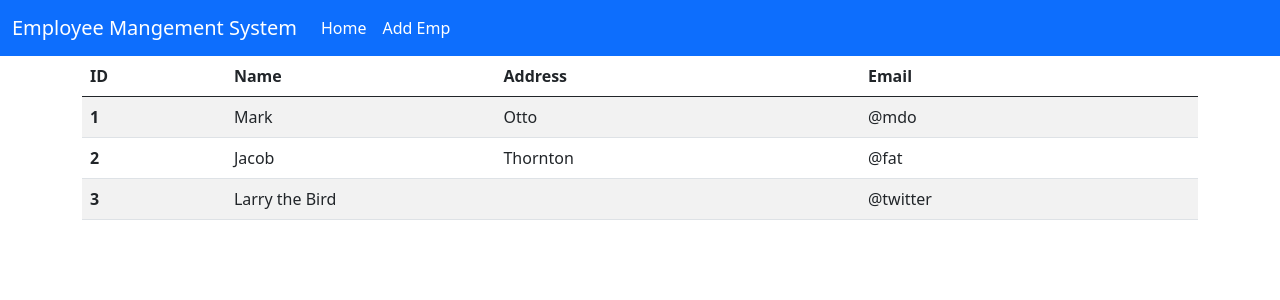
Repository: mahto-sonu/EmployeeManagementSystem
Page: http://localhost/index
The author's editor kept a copy of each file at every save. The page is drawn from the files as they stood at one save, then again after the next save.
The browser window is 1280 px wide. The pictures show the whole page.
The page is this project's Thymeleaf template; nobody is signed in. The template is opened directly, without the code that normally fills it, so the values that code supplies are empty.

Above is the page before, as saved 2023-12-05 08:01:27.

### Employee-Management-System/src/main/resources/templates/index.html
<!doctype html>
<html lang="en">

<head>
	<!-- Required meta tags -->
	<meta charset="utf-8">
	<meta name="viewport" content="width=device-width, initial-scale=1">

	<!-- Bootstrap CSS -->
	<link href="https://cdn.jsdelivr.net/npm/bootstrap@5.0.2/dist/css/bootstrap.min.css" rel="stylesheet"
		integrity="sha384-EVSTQN3/azprG1Anm3QDgpJLIm9Nao0Yz1ztcQTwFspd3yD65VohhpuuCOmLASjC" crossorigin="anonymous">

	<title>Home Page</title>
</head>

<body>

	<nav class="navbar navbar-expand-lg navbar-dark bg-primary">
  <div class="container-fluid">
    <a class="navbar-brand" href="#">Employee Mangement System</a>
    <button class="navbar-toggler" type="button" data-bs-toggle="collapse" data-bs-target="#navbarSupportedContent" aria-controls="navbarSupportedContent" aria-expanded="false" aria-label="Toggle navigation">
      <span class="navbar-toggler-icon"></span>
    </button>
    <div class="collapse navbar-collapse" id="navbarSupportedContent">
      <ul class="navbar-nav me-auto mb-2 mb-lg-0">
        <li class="nav-item">
          <a class="nav-link active" aria-current="page" href="#">Home</a>
        </li>
        <li class="nav-item">
          <a class="nav-link active" href="#">Add Emp</a>
        </li>
      </ul>
    </div>
  </div>
</nav>

<!--table -->

<div class="container">
	<table class="table table-striped">
  <thead>
    <tr>
      <th scope="col">ID</th>
      <th scope="col">Name</th>
      <th scope="col">Address</th>
      <th scope="col">Email</th>
    </tr>
  </thead>
  <tbody>
    <tr>
      <th scope="row">1</th>
      <td>Mark</td>
      <td>Otto</td>
      <td>@mdo</td>
    </tr>
    <tr>
      <th scope="row">2</th>
      <td>Jacob</td>
      <td>Thornton</td>
      <td>@fat</td>
    </tr>
    <tr>
      <th scope="row">3</th>
      <td colspan="2">Larry the Bird</td>
      <td>@twitter</td>
    </tr>
  </tbody>
</table>
</div>






	<script src="https://cdn.jsdelivr.net/npm/@popperjs/core@2.9.2/dist/umd/popper.min.js"
		integrity="sha384-IQsoLXl5PILFhosVNubq5LC7Qb9DXgDA9i+tQ8Zj3iwWAwPtgFTxbJ8NT4GN1R8p"
		crossorigin="anonymous"></script>
	<script src="https://cdn.jsdelivr.net/npm/bootstrap@5.0.2/dist/js/bootstrap.min.js"
		integrity="sha384-cVKIPhGWiC2Al4u+LWgxfKTRIcfu0JTxR+EQDz/bgldoEyl4H0zUF0QKbrJ0EcQF"
		crossorigin="anonymous"></script>
</body>

</html>

After the next save:
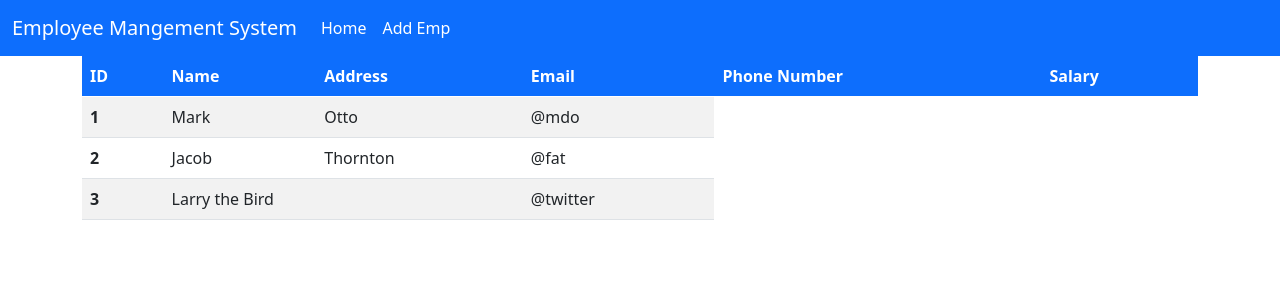
Saved 3 h 53 min later.
--- a/Employee-Management-System/src/main/resources/templates/index.html
+++ b/Employee-Management-System/src/main/resources/templates/index.html
@@ -38,12 +38,14 @@
 
 <div class="container">
 	<table class="table table-striped">
-  <thead>
+  <thead class="bg-primary text-white">
     <tr>
       <th scope="col">ID</th>
       <th scope="col">Name</th>
       <th scope="col">Address</th>
       <th scope="col">Email</th>
+      <th scope="col">Phone Number</th>
+      <th scope="col">Salary</th>
     </tr>
   </thead>
   <tbody>
